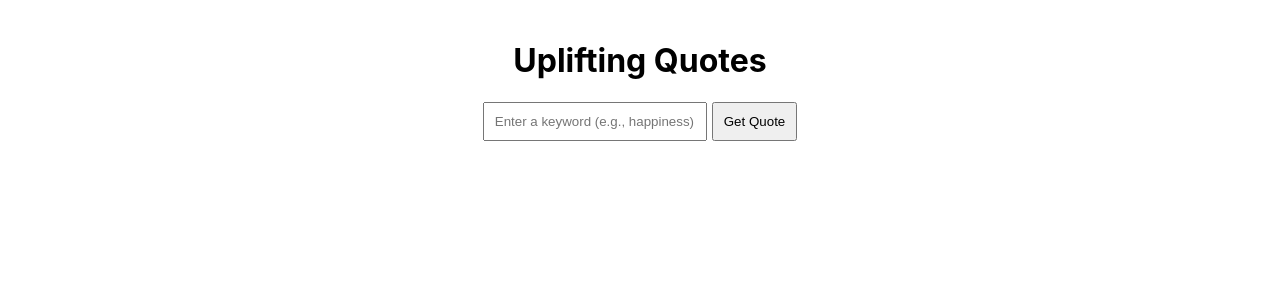
Repository: Allen-Feng-04/Advice_Generator
Page: /
The author's editor kept a copy of each file at every save. The page is drawn from the files as they stood at one save, then again after the next save.
The browser window is 1280 px wide. The pictures show the whole page.
The project was rebuilt for these pictures with package versions that can differ from the ones it lists, and the page was loaded fresh each time.

Above is the page before, as saved 2024-10-26 23:14:45.

### public/index.html
<!DOCTYPE html>
<html lang="en">
  <head>
    <meta charset="utf-8" />
    <link rel="icon" href="%PUBLIC_URL%/favicon.ico" />
    <meta name="viewport" content="width=device-width, initial-scale=1" />
    <meta name="theme-color" content="#000000" />
    <meta
      name="description"
      content="Web site created using create-react-app"
    />
    <link rel="apple-touch-icon" href="%PUBLIC_URL%/logo192.png" />
    <!--
      manifest.json provides metadata used when your web app is installed on a
      user's mobile device or desktop. See https://developers.google.com/web/fundamentals/web-app-manifest/
    -->
    <link rel="manifest" href="%PUBLIC_URL%/manifest.json" />
    <!--
      Notice the use of %PUBLIC_URL% in the tags above.
      It will be replaced with the URL of the `public` folder during the build.
      Only files inside the `public` folder can be referenced from the HTML.

      Unlike "/favicon.ico" or "favicon.ico", "%PUBLIC_URL%/favicon.ico" will
      work correctly both with client-side routing and a non-root public URL.
      Learn how to configure a non-root public URL by running `npm run build`.
    -->
    <title>React Appdd</title>
  </head>
  <body>
    <noscript>You need to enable JavaScript to run this appfff.</noscript>
    <div id="root"></div>
    <!--
      This HTML file is a template.
      If you open it directly in the browser, you will see an empty page.

      You can add webfonts, meta tags, or analytics to this file.
      The build step will place the bundled scripts into the <body> tag.

      To begin the development, run `npm start` or `yarn start`.
      To create a production bundle, use `npm run build` or `yarn build`.
    -->
  </body>
</html>

### src/App.js
import React, { useState } from 'react';

function App() {
    const [keyword, setKeyword] = useState('');
    const [quote, setQuote] = useState('');
    const [author, setAuthor] = useState('');
    const [error, setError] = useState(null);

    const fetchQuote = async () => {
        const apiUrl = `https://zenquotes.io/api/quotes?keyword=${keyword}`;

        try {
            const response = await fetch(apiUrl);
            if (!response.ok) {
                throw new Error("Network response was not ok");
            }
            const data = await response.json();
            if (data && data.length > 0) {
                setQuote(data[0].q); // Set the quote text
                setAuthor(data[0].a); // Set the author of the quote
                setError(null); // Clear any previous error
            } else {
                setQuote("No quotes found for that keyword. Try another!");
                setAuthor("");
            }
        } catch (error) {
            console.error("Error fetching quote:", error);
            setError("Error fetching quote. Please try again later.");
            setQuote("");
            setAuthor("");
        }
    };

    const handleSubmit = (e) => {
        e.preventDefault();
        fetchQuote();
    };

    return (
        <div style={{ textAlign: 'center', padding: '20px' }}>
            <h1>Uplifting Quotes</h1>
            <form onSubmit={handleSubmit}>
                <input
                    type="text"
                    value={keyword}
                    onChange={(e) => setKeyword(e.target.value)}
                    placeholder="Enter a keyword (e.g., happiness)"
                    style={{ padding: '10px', width: '200px' }}
                />
                <button type="submit" style={{ padding: '10px', marginLeft: '5px' }}>Get Quote</button>
            </form>
            <div style={{ marginTop: '20px' }}>
                {error && <p style={{ color: 'red' }}>{error}</p>}
                {quote && <p style={{ fontSize: '1.5em', fontStyle: 'italic' }}>"{quote}"</p>}
                {author && <p style={{ fontWeight: 'bold' }}>- {author}</p>}
            </div>
        </div>
    );
}

export default App;

Loaded but not shown: src/index.js (common file); src/index.css (common file); src/reportWebVitals.js (common file)

After the next save:
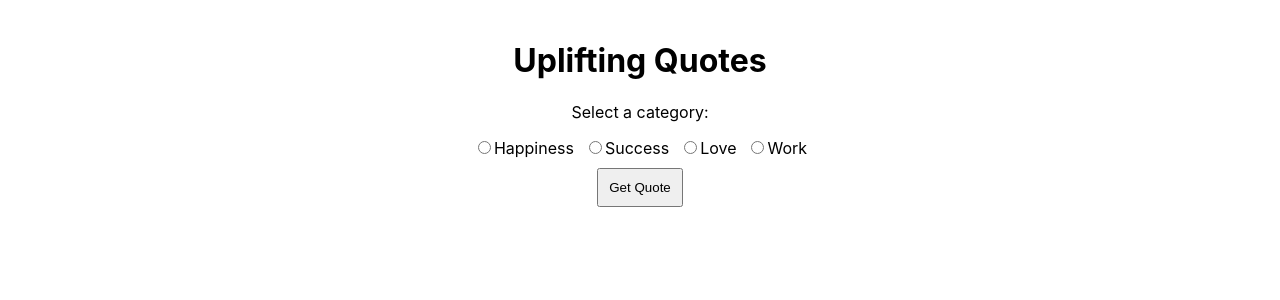
Saved 2 min 39 s later.
--- a/src/App.js
+++ b/src/App.js
@@ -1,36 +1,32 @@
 import React, { useState } from 'react';
 
 function App() {
+    // State to store the selected keyword
     const [keyword, setKeyword] = useState('');
+    // State to store the quote and author fetched from the API
     const [quote, setQuote] = useState('');
     const [author, setAuthor] = useState('');
-    const [error, setError] = useState(null);
 
+    // Function to fetch a quote based on the selected keyword
     const fetchQuote = async () => {
         const apiUrl = `https://zenquotes.io/api/quotes?keyword=${keyword}`;
-
         try {
             const response = await fetch(apiUrl);
-            if (!response.ok) {
-                throw new Error("Network response was not ok");
-            }
             const data = await response.json();
             if (data && data.length > 0) {
                 setQuote(data[0].q); // Set the quote text
                 setAuthor(data[0].a); // Set the author of the quote
-                setError(null); // Clear any previous error
             } else {
                 setQuote("No quotes found for that keyword. Try another!");
                 setAuthor("");
             }
         } catch (error) {
-            console.error("Error fetching quote:", error);
-            setError("Error fetching quote. Please try again later.");
-            setQuote("");
+            setQuote("Error fetching quote. Please try again later.");
             setAuthor("");
         }
     };
 
+    // Function to handle form submission
     const handleSubmit = (e) => {
         e.preventDefault();
         fetchQuote();
@@ -40,17 +36,47 @@ function App() {
         <div style={{ textAlign: 'center', padding: '20px' }}>
             <h1>Uplifting Quotes</h1>
             <form onSubmit={handleSubmit}>
-                <input
-                    type="text"
-                    value={keyword}
-                    onChange={(e) => setKeyword(e.target.value)}
-                    placeholder="Enter a keyword (e.g., happiness)"
-                    style={{ padding: '10px', width: '200px' }}
-                />
-                <button type="submit" style={{ padding: '10px', marginLeft: '5px' }}>Get Quote</button>
+                <p>Select a category:</p>
+                <label>
+                    <input
+                        type="radio"
+                        value="happiness"
+                        checked={keyword === "happiness"}
+                        onChange={(e) => setKeyword(e.target.value)}
+                    />
+                    Happiness
+                </label>
+                <label style={{ marginLeft: '10px' }}>
+                    <input
+                        type="radio"
+                        value="success"
+                        checked={keyword === "success"}
+                        onChange={(e) => setKeyword(e.target.value)}
+                    />
+                    Success
+                </label>
+                <label style={{ marginLeft: '10px' }}>
+                    <input
+                        type="radio"
+                        value="love"
+                        checked={keyword === "love"}
+                        onChange={(e) => setKeyword(e.target.value)}
+                    />
+                    Love
+                </label>
+                <label style={{ marginLeft: '10px' }}>
+                    <input
+                        type="radio"
+                        value="work"
+                        checked={keyword === "work"}
+                        onChange={(e) => setKeyword(e.target.value)}
+                    />
+                    Work
+                </label>
+                <br />
+                <button type="submit" style={{ padding: '10px', marginTop: '10px' }}>Get Quote</button>
             </form>
             <div style={{ marginTop: '20px' }}>
-                {error && <p style={{ color: 'red' }}>{error}</p>}
                 {quote && <p style={{ fontSize: '1.5em', fontStyle: 'italic' }}>"{quote}"</p>}
                 {author && <p style={{ fontWeight: 'bold' }}>- {author}</p>}
             </div>
